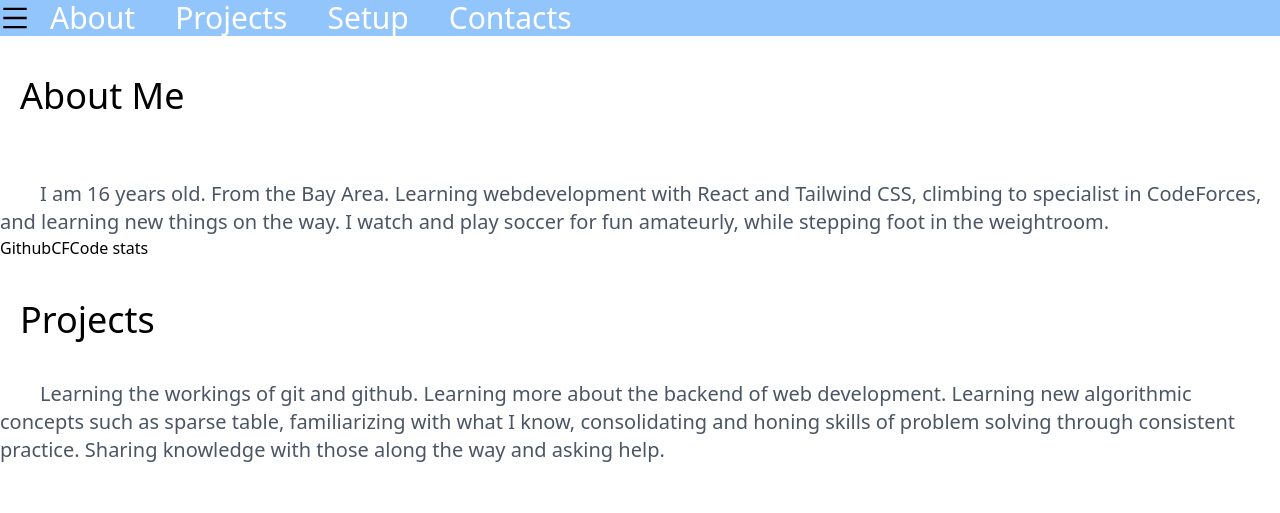
Repository: joshuayanggithub/joshua-yang-website
Page: /
The author's editor kept a copy of each file at every save. The page is drawn from the files as they stood at one save, then again after the next save.
The browser window is 1280 px wide. The pictures show the whole page.
The project was rebuilt for these pictures with package versions that can differ from the ones it lists, and the page was loaded fresh each time.

Above is the page before, as saved 2023-01-06 22:37:23.

After the next save:
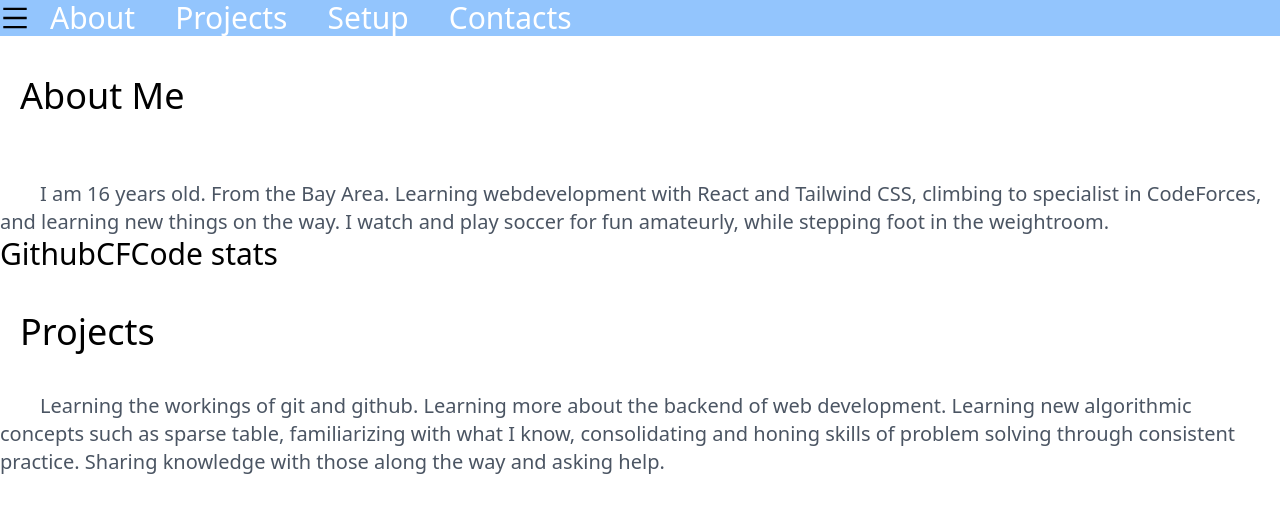
Saved 19 s later.
--- a/src/components/Contacts.jsx
+++ b/src/components/Contacts.jsx
@@ -2,7 +2,7 @@ import React from 'react'
 
 const Contacts = () => {
   return (
-    <div class="flex">
+    <div class="flex text-3xl">
       <a href="https://github.com/joshuayanggithub">Github</a>
       <a href="https://codeforces.com/profile/JoshuaYang">CF</a>
       <a href="https://wakatime.com/@joshuayang">Code stats</a>
